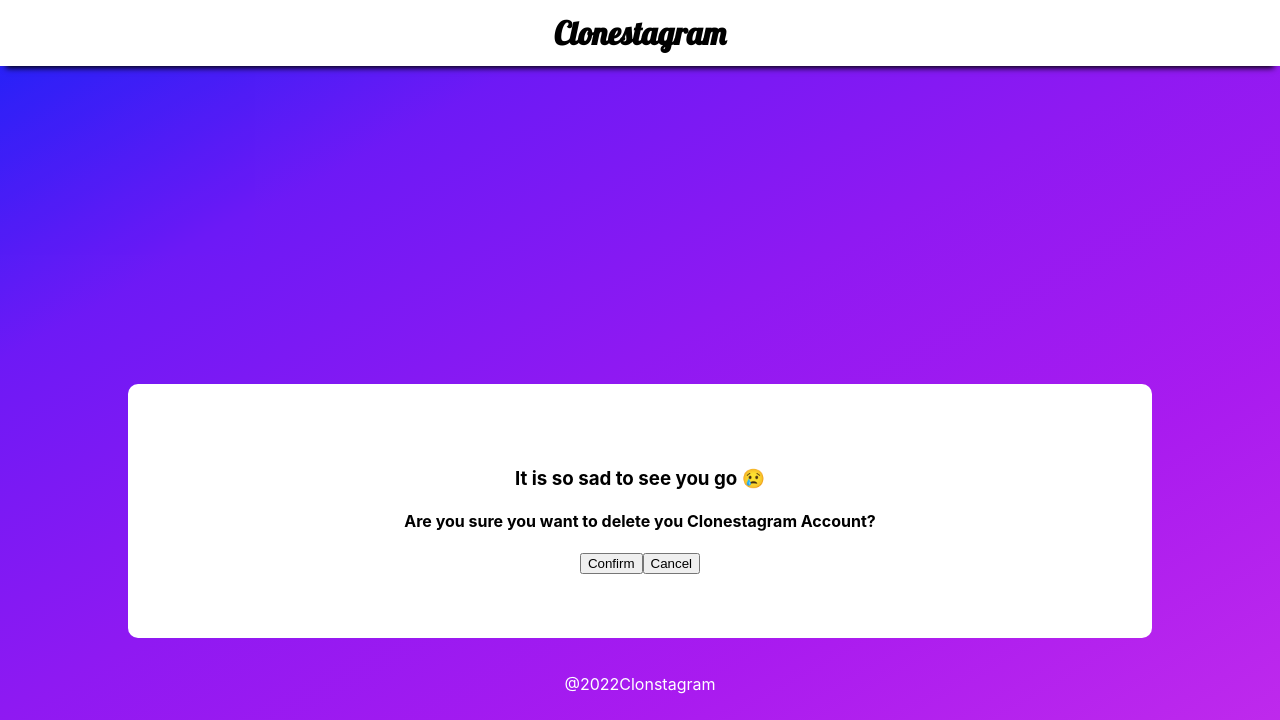
Repository: MikeMoore55/clonestagram
Page: /delaccount
These files come from the project's save history. The page is drawn as it stood at one moment and after the next save; the edit follows.
The browser window is 1280 px wide. The pictures show the whole page.
The page's requests for data from a server got no answer. The project was rebuilt for these pictures with package versions that can differ from the ones it lists, and the page was loaded fresh each time. The framework's server and built-in components were replaced by stand-ins that run in the browser. No one was signed in, and anything a server would have sent is missing. Also part of the build but not shown: next.config.js.

Above is the page before, as saved 2022-11-24 09:03:14.

### pages/_app.jsx
import Layout from '../components/Layout/Layout';
import '../styles/globals.css';

export default function MyApp({ Component, pageProps }) {
  return (
    <Layout>
      <Component {...pageProps} />
    </Layout>
  );
};

### pages/delaccount.jsx
import React from 'react';
import Link from 'next/link';
import Router,{useRouter} from 'next/router';
import { SupaBaseDB } from '../utils/dbconnect';
import { parseCookies } from '../helpers/cookie';
import styles from '../styles/DelAccount.module.css';
import Footer from '../components/Layout/Footer'

export default function DelAccount( { data } ) {
    const router = useRouter();
    const id = [data];
    function extractId(arr, prop) {
        const extractedValue = arr.map(item => item[prop]);
        return extractedValue;
    }

    const cookieId = extractId(id, 'user');
    const userId = cookieId.toString();

    console.log(userId);

    const delAccount = async () => {

        // delete the account of user
        const account = await SupaBaseDB
            .from("account")
            .delete()
            .eq("account_id", userId);

        // delete all the posts of user too
        const posts = await SupaBaseDB
            .from("posts")
            .delete()
            .eq("user_id", userId);

        if (account.error) {
            console.log(account.error['message']);
        }
        else if (posts.error) {
            console.log(posts.error["message"]);
        }
        else {
            console.log('account deleted successfully');
            router
                .push({
                    pathname: '/', // when successful take to the feed page
                });
        }
    }

    return (
        <div className={styles.container}>
            <div className={styles.block}>
                <h3 className={styles.heading1}>It is so sad to see you go 😢</h3>
                <h4 className={styles.heading2}>Are you sure you want to delete you Clonestagram Account?</h4>
                <button className={styles.confirm} onClick={() => delAccount()}>Confirm</button>
                <button className={styles.cancel}><Link href={'/home'}>Cancel</Link></button>
            </div>
            {/* for a cool background effect */}
            <div className={styles.backgroundFeature}>
                1
            </div>
            <Footer/>
        </div>
    );
};

export async function getServerSideProps({ req, res }) {
    const data = parseCookies(req);

    if (res) {
        if (Object.keys(data).length === 0 && data.constructor === Object) {
            res.writeHead(301, { Location: "/signin" });
            res.end();
        }
    }

    return {
        props: {
            data: data && data,
        }
    };
};

// del from supabase
// take to index page

### components/Layout/Layout.jsx
import React from 'react';
import Header from './Header';

// layout across app
export default function Layout({children}) {
  return (
    <div id='Layout'>
      <Header />
      {children}
    </div>
  );
};

### styles/globals.css
html,
body {
  padding: 0;
  margin: 0;
  font-family: -apple-system, BlinkMacSystemFont, Segoe UI, Roboto, Oxygen,
    Ubuntu, Cantarell, Fira Sans, Droid Sans, Helvetica Neue, sans-serif;
}

a {
  color: inherit;
  text-decoration: none;
}

* {
  box-sizing: border-box;
}

@media (prefers-color-scheme: dark) {
  html {
    color-scheme: dark;
  }

  body {
    color: black;
    background: rgb(234, 233, 233);
  }
}

### utils/dbconnect.js
import { createClient } from "@supabase/supabase-js";

const supabaseUrl = process.env.NEXT_PUBLIC_SUPABASE_URL;
const supabaseApi = process.env.NEXT_PUBLIC_SUPABASE_API_KEY;

export const SupaBaseDB = createClient(supabaseUrl, supabaseApi);

### helpers/cookie.js
import cookie from "cookie";

export function parseCookies(req) {
    return cookie.parse(req ? req.headers.cookie || "" : document.cookie)
}

### styles/DelAccount.module.css
.container {
    position: relative;
    width: 100%;
    padding-top: 20%;
}

.block {
    position: relative;
    width: 80%;
    margin: 10% 10% 5% 10%;
    text-align: center;
    background-color: white;
    border-radius: 10px;
    padding: 5% 5% 5% 5%;
}

.backgroundFeature {
    position: fixed;
    color: transparent;
    background-image: linear-gradient(to right bottom, #000bf8, #5e00f5, #8300f1, #a002ee, #b812eb);
    width: 100%;
    height: 100%;
    bottom: 0%;
    right: 0%;
    top: 0%;
    left: 0%;
    z-index: -1;
    opacity: 0.9;
}

### components/Layout/Footer.jsx
import React from 'react';
import styles from '../../styles/Footer.module.css';

export default function Footer() {
    return (
        <footer className={styles.footer}>
            @2022Clonstagram
        </footer>
    );
};

### components/Layout/Header.jsx
import React from 'react';
import styles from '../../styles/Header.module.css';

export default function Header() {
    return (
        <header className={styles.header}>
            <h1>Clonestagram</h1>
        </header>
    );
};

### styles/Footer.module.css
.footer {
    position: fixed;
    bottom: 0%;
    left: 0%;
    right: 0%;
    width: 100%;
    text-align: center;
    color: white;
    padding: 2%;
}

@media (min-width: 490px) {
    .footer {
        font-size: 1.7em;
    }
}

@media (min-width: 1000px) {
    .footer {
        font-size: 1em;
    }
}

### styles/Header.module.css
@font-face {
    font-family: 'Lobster';
    src: url(../assets/Lobster/Lobster-Regular.ttf);
}

.header {
    position: fixed;
    top: 0%;
    left: 0%;
    right: 0%;
    width: 100%;
    text-align: center;
    background-color: white;
    box-shadow: 0 8px 6px -6px black;
    z-index: 5;
    margin: 0%;
    padding: 3.5%;
}

.header h1 {
    margin: 0%;
    padding: 0%;
    font-family: 'Lobster', cursive;
    color: black;
    font-weight: 800;
}


@media (min-width: 490px) {
    .header {
        padding: 3%;
    }

    .header h1 {
        font-size: 2.7em;
    }
}

@media (min-width: 1000px) {
    .header {
        padding: 1%;
    }

    .header h1 {
        font-size: 2em;
    }
}

After the next save:
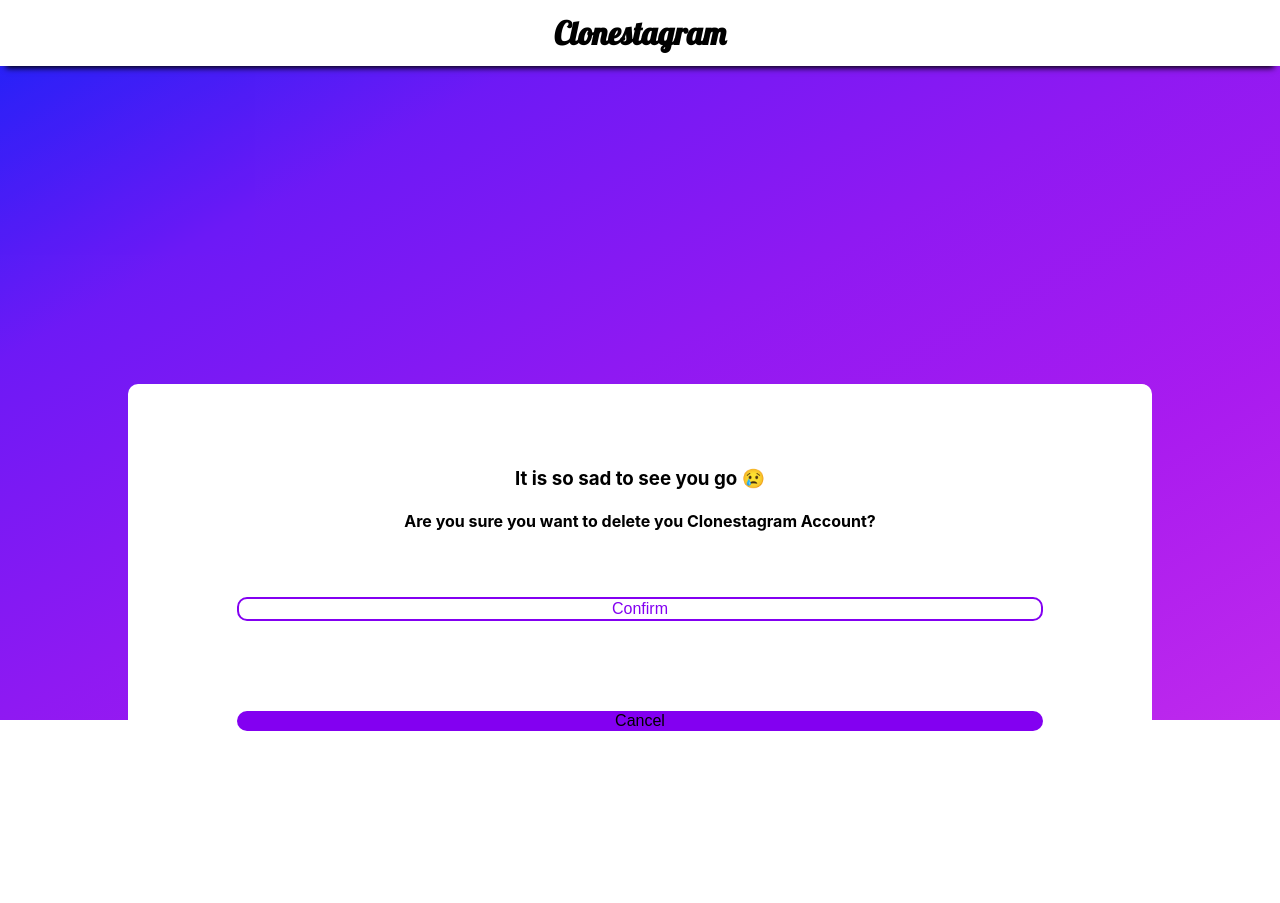
Saved 46 s later.
--- a/styles/DelAccount.module.css
+++ b/styles/DelAccount.module.css
@@ -14,6 +14,29 @@
     padding: 5% 5% 5% 5%;
 }
 
+.confirm {
+    position: relative;
+    width: 90%;
+    margin: 5%;
+    border: #8300f1 solid 2px;
+    color: #8300f1;
+    font-size: 1em;
+    font-weight: 400;
+    border-radius: 10px;
+    background-color: white;
+}
+
+.cancel {
+    position: relative;
+    width: 90%;
+    margin: 5%;
+    background-color: #8300f1;
+    border: none;
+    border-radius: 10px;
+    font-size: 1em;
+    font-weight: 400;
+}
+
 .backgroundFeature {
     position: fixed;
     color: transparent;
